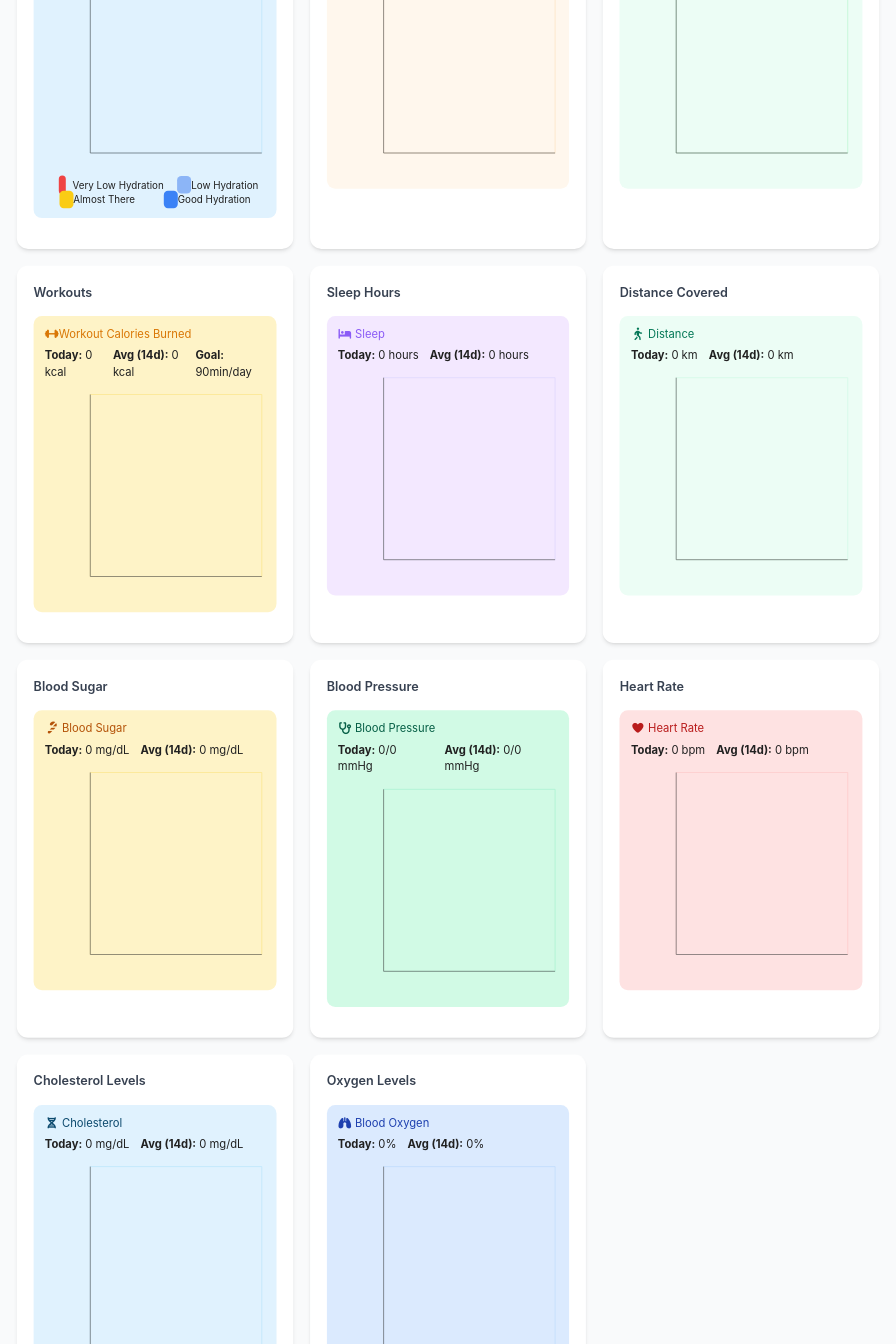
Repository: bhumikamourya/health-monitoring-application
Page: /dashboard (app in frontend/)
These files come from the project's save history. The page is drawn as it stood at one moment and after the next save; the edit follows.
The browser window is 1280 px wide. The pictures show the part of the page from y = 442 to 2362 px (the page is 2563 px tall before and 2569 px after), at 70% of full size.
The page's requests for data from a server got no answer. Some web libraries are served in a nearby version. The project was rebuilt for these pictures with package versions that can differ from the ones it lists, and the page was loaded fresh each time. No one was signed in, and anything a server would have sent is missing. Also part of the build but not shown: frontend/src/components/Home/particleBackground.js, frontend/src/components/Home/Component1.js, frontend/src/components/Home/Component2.js, frontend/src/components/Home/Component3.js, frontend/src/components/Home/Component4.js, frontend/src/components/Home/HomePage.js, frontend/src/components/Blog/Component1.js, frontend/src/components/Blog/Component2.js and 16 more.

Above is the page before, as saved 2025-10-14 19:01:11.

After the next save:
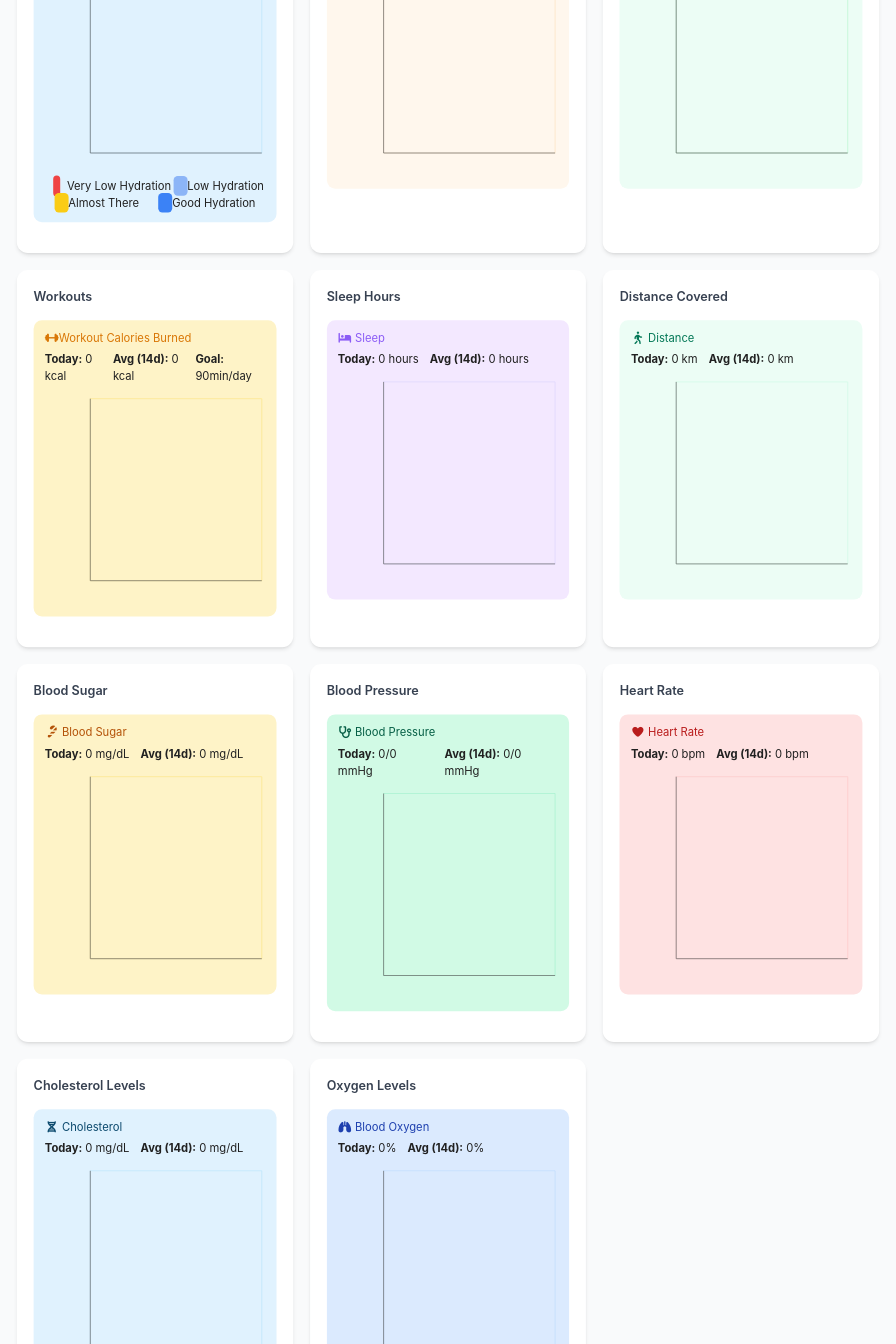
Saved 22 s later.
--- a/frontend/src/components/Charts/fitnessCharts.js
+++ b/frontend/src/components/Charts/fitnessCharts.js
@@ -64,7 +64,7 @@
           justifyContent: "space-around",
           flexWrap: "wrap",
           // gap: 10,
-          fontSize: 14
+          // fontSize: 14
         }}
       >
         <div><span style={{ background: "#ef4444", padding: "5px",margin:"10px", borderRadius: 50 }}></span> Very Low Hydration</div>

After the save that followed:
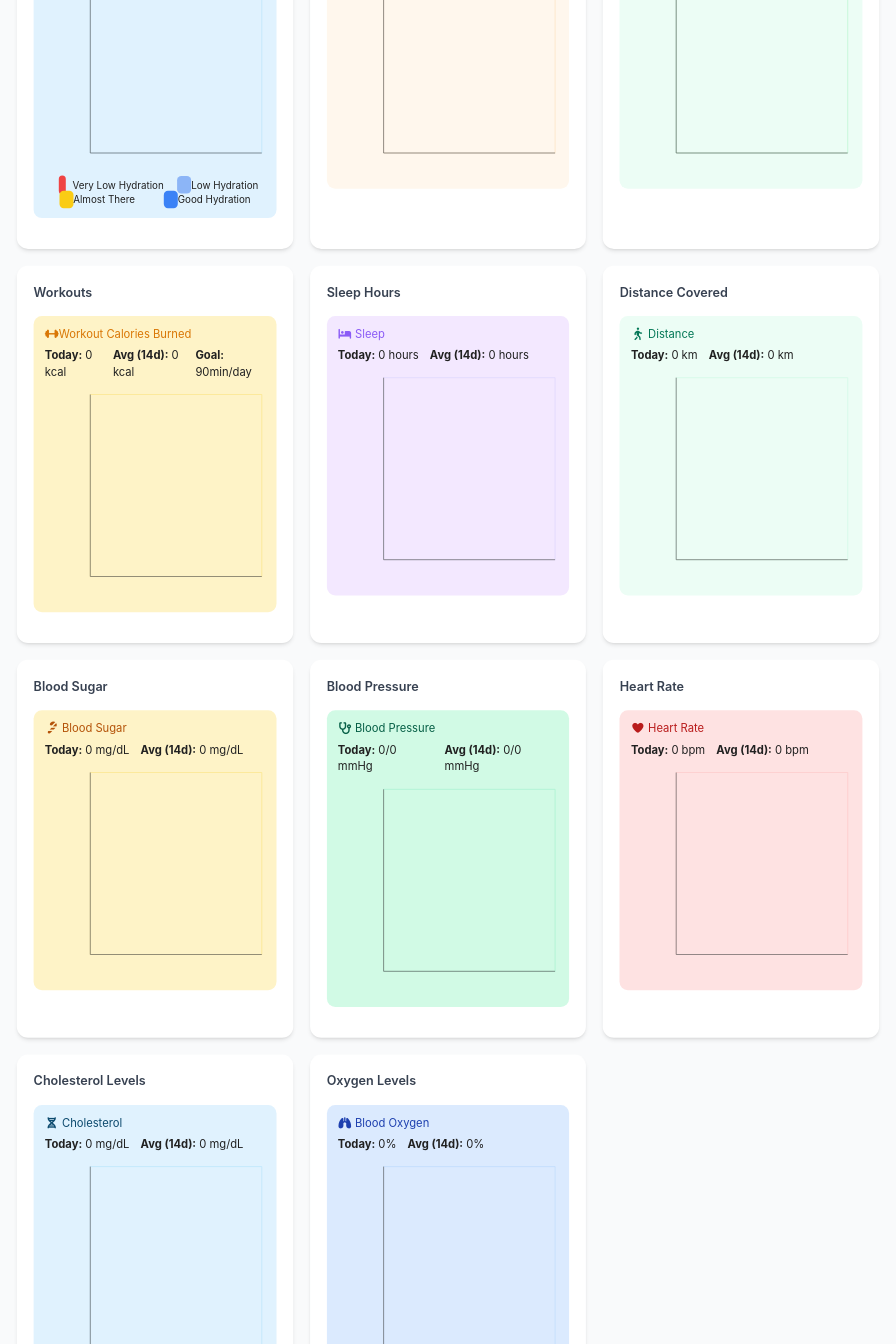
Saved 7 s later.
--- a/frontend/src/components/Charts/fitnessCharts.js
+++ b/frontend/src/components/Charts/fitnessCharts.js
@@ -64,7 +64,7 @@
           justifyContent: "space-around",
           flexWrap: "wrap",
           // gap: 10,
-          // fontSize: 14
+          fontSize: 14
         }}
       >
         <div><span style={{ background: "#ef4444", padding: "5px",margin:"10px", borderRadius: 50 }}></span> Very Low Hydration</div>
